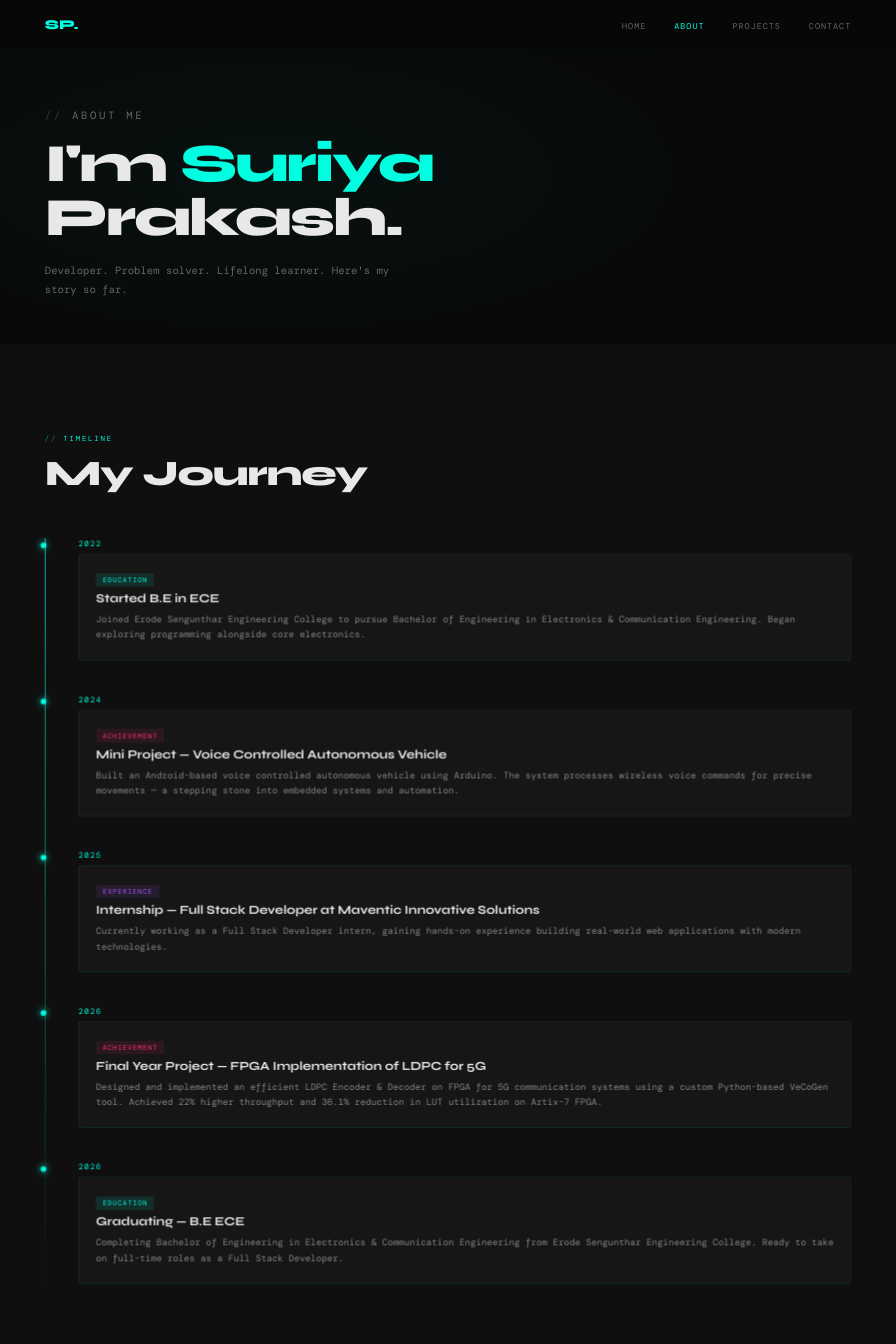
Repository: Suriyaprakash0901/PortoFolio
Page: about.html
An editor plug-in stored every save of this project. The page is shown before and after the next save, followed by the edit.
The browser window is 1280 px wide. The pictures show the part of the page from y = 0 to 1920 px (the page is 2981 px tall before and 3016 px after), at 70% of full size.
Some web fonts or font styles are not loaded; a fallback is used.

Above is the page before, as saved 2026-03-14 10:48:33.

### about.html
<!DOCTYPE html>
<html lang="en">
<head>
  <meta charset="UTF-8"/>
  <meta name="viewport" content="width=device-width, initial-scale=1.0"/>
  <title>About Me — Suriya Prakash</title>
  <link rel="stylesheet" href="styles/about.css"/>
</head>
<body>

  <nav>
    <a href="index.html" class="nav-logo" data-nav>SP.</a>
    <ul class="nav-links">
      <li><a href="index.html" data-nav>Home</a></li>
      <li><a href="about.html" class="active">About</a></li>
      <li><a href="index.html#projects" data-nav>Projects</a></li>
      <li><a href="index.html#contact" data-nav>Contact</a></li>
    </ul>
  </nav>

  <div class="about-hero">
    <p class="section-label">About Me</p>
    <h1>I'm <span>Suriya</span><br/>Prakash.</h1>
    <p>Developer. Problem solver. Lifelong learner. Here's my story so far.</p>
  </div>

  <section id="about-timeline">
    <p class="section-label">Timeline</p>
    <h2 class="section-title">My Journey</h2>
    <div class="timeline" id="timeline"></div>
  </section>

  <section id="about-skills">
    <p class="section-label">Skills</p>
    <h2 class="section-title">What I Know</h2>
    <div class="filter-bar">
      <button class="filter-btn active" data-filter="all">All</button>
      <button class="filter-btn" data-filter="frontend">Frontend</button>
      <button class="filter-btn" data-filter="backend">Backend</button>
      <button class="filter-btn" data-filter="tools">Tools</button>
    </div>
    <div class="skills-grid" id="skillsContainer"></div>
  </section>

  <footer>
    <p>© 2026 <span>Suriya Prakash</span></p>
    <p>Built with <span>TypeScript</span> & VS Code</p>
  </footer>

  <script type="module" src="dist/about.js"></script>
</body>
</html>

### styles/about.css
@import url('https://fonts.googleapis.com/css2?family=Syne:wght@400;600;700;800&family=DM+Mono:wght@300;400;500&display=swap');

*, *::before, *::after { box-sizing: border-box; margin: 0; padding: 0; }

:root {
  --bg: #080808; --bg2: #0f0f0f; --neon: #00ffe0;
  --neon3: #a855f7; --text: #e8e8e8; --muted: #666;
  --border: rgba(0,255,224,0.12); --card: rgba(255,255,255,0.03);
}

body {
  background: var(--bg); color: var(--text);
  font-family: 'DM Mono', monospace; overflow-x: hidden;
}

nav {
  position: fixed; top: 0; left: 0; right: 0; z-index: 100;
  padding: 1.5rem 4rem;
  display: flex; justify-content: space-between; align-items: center;
  background: rgba(8,8,8,0.95); backdrop-filter: blur(10px);
  border-bottom: 1px solid var(--border);
}
.nav-logo {
  font-family: 'Syne', sans-serif; font-weight: 800;
  font-size: 1.2rem; color: var(--neon); text-decoration: none;
}
.nav-links { display: flex; gap: 2.5rem; list-style: none; }
.nav-links a {
  color: var(--muted); text-decoration: none;
  font-size: 0.75rem; letter-spacing: 0.12em;
  text-transform: uppercase; transition: color 0.2s;
}
.nav-links a:hover, .nav-links a.active { color: var(--neon); }

section { padding: 8rem 4rem; }
.section-label {
  font-size: 0.65rem; letter-spacing: 0.25em;
  text-transform: uppercase; color: var(--neon); margin-bottom: 1rem;
}
.section-label::before { content: '// '; opacity: 0.5; }
h2.section-title {
  font-family: 'Syne', sans-serif;
  font-size: clamp(2rem, 4vw, 3.2rem);
  font-weight: 800; letter-spacing: -0.03em;
  margin-bottom: 4rem; line-height: 1.1;
}

/* HERO */
.about-hero {
  min-height: 60vh; display: flex;
  flex-direction: column; justify-content: center;
  padding: 8rem 4rem 4rem; position: relative;
  background: radial-gradient(ellipse 60% 60% at 30% 50%, rgba(0,255,224,0.04), transparent);
}
.about-hero h1 {
  font-family: 'Syne', sans-serif;
  font-size: clamp(3rem, 6vw, 5.5rem);
  font-weight: 800; letter-spacing: -0.04em; line-height: 1;
}
.about-hero h1 span { color: var(--neon); }
.about-hero p {
  margin-top: 1.5rem; color: var(--muted);
  font-size: 0.95rem; line-height: 1.8; max-width: 520px;
}

/* TIMELINE */
#about-timeline { background: var(--bg2); }
.timeline { position: relative; padding-left: 3rem; }
.timeline::before {
  content: ''; position: absolute;
  left: 0; top: 0; bottom: 0; width: 1px;
  background: linear-gradient(to bottom, var(--neon), transparent);
}
.timeline-item {
  position: relative; margin-bottom: 3rem;
  opacity: 0; animation: fadeUp 0.6s forwards;
}
.timeline-item::before {
  content: ''; position: absolute;
  left: -3.35rem; top: 0.4rem;
  width: 8px; height: 8px;
  background: var(--neon); border-radius: 50%;
  box-shadow: 0 0 10px var(--neon);
}
.timeline-year {
  font-size: 0.7rem; color: var(--neon);
  letter-spacing: 0.15em; margin-bottom: 0.5rem;
}
.timeline-content {
  background: var(--card); border: 1px solid var(--border);
  border-radius: 4px; padding: 1.5rem;
  transition: border-color 0.3s;
}
.timeline-content:hover { border-color: rgba(0,255,224,0.3); }
.timeline-content h3 {
  font-family: 'Syne', sans-serif;
  font-size: 1.1rem; font-weight: 700; margin: 0.5rem 0;
}
.timeline-content p { font-size: 0.82rem; color: #888; line-height: 1.7; }
.timeline-tag {
  font-size: 0.62rem; letter-spacing: 0.12em;
  text-transform: uppercase; padding: 0.2rem 0.6rem;
  border-radius: 2px;
}
.tag-education { background: rgba(0,255,224,0.1); color: var(--neon); }
.tag-experience { background: rgba(168,85,247,0.1); color: var(--neon3); }
.tag-achievement { background: rgba(255,45,120,0.1); color: #ff2d78; }

/* SKILLS FILTER */
#about-skills { background: var(--bg); }
.filter-bar {
  display: flex; gap: 0.8rem; flex-wrap: wrap; margin-bottom: 3rem;
}
.filter-btn {
  padding: 0.5rem 1.2rem;
  background: transparent; border: 1px solid var(--border);
  color: var(--muted); border-radius: 2px;
  font-family: 'DM Mono', monospace;
  font-size: 0.72rem; letter-spacing: 0.1em;
  text-transform: uppercase; cursor: pointer;
  transition: all 0.2s;
}
.filter-btn:hover, .filter-btn.active {
  border-color: var(--neon); color: var(--neon);
  background: rgba(0,255,224,0.05);
}
.skills-grid {
  display: grid;
  grid-template-columns: repeat(auto-fill, minmax(260px, 1fr));
  gap: 1.2rem;
}
.skill-card {
  background: var(--card); border: 1px solid var(--border);
  border-radius: 4px; padding: 1.5rem;
  transition: all 0.3s;
}
.skill-card:hover { border-color: rgba(0,255,224,0.3); transform: translateY(-3px); }
.skill-header { display: flex; justify-content: space-between; margin-bottom: 0.8rem; }
.skill-name { font-size: 0.88rem; font-weight: 500; }
.skill-level { font-size: 0.75rem; color: var(--neon); }
.skill-bar {
  height: 2px; background: rgba(255,255,255,0.06);
  border-radius: 2px; overflow: hidden; margin-bottom: 0.8rem;
}
.skill-fill {
  height: 100%;
  background: linear-gradient(to right, var(--neon), var(--neon3));
  border-radius: 2px;
  transition: width 1s cubic-bezier(.25,.46,.45,.94);
}
.skill-category {
  font-size: 0.62rem; color: var(--muted);
  letter-spacing: 0.1em; text-transform: uppercase;
}

footer {
  padding: 2.5rem 4rem; border-top: 1px solid var(--border);
  display: flex; justify-content: space-between;
}
footer p { font-size: 0.72rem; color: var(--muted); }
footer span { color: var(--neon); }

@keyframes fadeUp {
  from { opacity: 0; transform: translateY(20px); }
  to { opacity: 1; transform: translateY(0); }
}

### dist/about.js
import { Navigator } from "./navigation.js";
const timelineData = [
    {
        year: "2022",
        title: "Started B.E in ECE",
        description: "Joined Erode Sengunthar Engineering College to pursue Bachelor of Engineering in Electronics & Communication Engineering. Began exploring programming alongside core electronics.",
        tag: "education",
    },
    {
        year: "2024",
        title: "Mini Project — Voice Controlled Autonomous Vehicle",
        description: "Built an Android-based voice controlled autonomous vehicle using Arduino. The system processes wireless voice commands for precise movements — a stepping stone into embedded systems and automation.",
        tag: "achievement",
    },
    {
        year: "2025",
        title: "Internship — Full Stack Developer at Maventic Innovative Solutions",
        description: "Currently working as a Full Stack Developer intern, gaining hands-on experience building real-world web applications with modern technologies.",
        tag: "experience",
    },
    {
        year: "2026",
        title: "Final Year Project — FPGA Implementation of LDPC for 5G",
        description: "Designed and implemented an efficient LDPC Encoder & Decoder on FPGA for 5G communication systems using a custom Python-based VeCoGen tool. Achieved 22% higher throughput and 36.1% reduction in LUT utilization on Artix-7 FPGA.",
        tag: "achievement",
    },
    {
        year: "2026",
        title: "Graduating — B.E ECE",
        description: "Completing Bachelor of Engineering in Electronics & Communication Engineering from Erode Sengunthar Engineering College. Ready to take on full-time roles as a Full Stack Developer.",
        tag: "education",
    },
];
const skillsData = [
    { name: "HTML & CSS", category: "frontend", level: 85 },
    { name: "JavaScript", category: "frontend", level: 80 },
    { name: "TypeScript", category: "frontend", level: 70 },
    { name: "Python", category: "backend", level: 78 },
    { name: "Java", category: "backend", level: 72 },
    { name: "SQL", category: "backend", level: 70 },
    { name: "C / C++", category: "backend", level: 75 },
    { name: "Git & GitHub", category: "tools", level: 82 },
    { name: "MATLAB", category: "core", level: 75 },
    { name: "LabVIEW", category: "core", level: 68 },
    { name: "FPGA / Verilog", category: "core", level: 70 },
    { name: "Arduino", category: "core", level: 72 },
];
class AboutPage {
    constructor() {
        this.activeFilter = "all";
    }
    init() {
        Navigator.fadeIn();
        this.renderTimeline();
        this.renderSkills();
        this.setupFilters();
        this.setupScrollReveal();
    }
    renderTimeline() {
        const container = document.getElementById("timeline");
        if (!container)
            return;
        container.innerHTML = timelineData
            .map((item, i) => `
        <div class="timeline-item" style="animation-delay: ${i * 0.15}s">
          <div class="timeline-year">${item.year}</div>
          <div class="timeline-content">
            <span class="timeline-tag tag-${item.tag}">${item.tag}</span>
            <h3>${item.title}</h3>
            <p>${item.description}</p>
          </div>
        </div>`)
            .join("");
    }
    renderSkills(filter = "all") {
        const container = document.getElementById("skillsContainer");
        if (!container)
            return;
        const filtered = filter === "all"
            ? skillsData
            : skillsData.filter((s) => s.category === filter);
        container.innerHTML = filtered
            .map((skill) => `
        <div class="skill-card">
          <div class="skill-header">
            <span class="skill-name">${skill.name}</span>
            <span class="skill-level">${skill.level}%</span>
          </div>
          <div class="skill-bar">
            <div class="skill-fill" data-width="${skill.level}" style="width: 0%"></div>
          </div>
          <span class="skill-category">${skill.category}</span>
        </div>`)
            .join("");
        // Animate bars after render
        setTimeout(() => {
            document.querySelectorAll(".skill-fill").forEach((bar) => {
                const el = bar;
                el.style.width = el.dataset.width + "%";
            });
        }, 100);
    }
    setupFilters() {
        document.querySelectorAll("[data-filter]").forEach((btn) => {
            btn.addEventListener("click", () => {
                document
                    .querySelectorAll("[data-filter]")
                    .forEach((b) => b.classList.remove("active"));
                btn.classList.add("active");
                this.activeFilter = btn.dataset.filter || "all";
                this.renderSkills(this.activeFilter);
            });
        });
    }
    setupScrollReveal() {
        const observer = new IntersectionObserver((entries) => {
            entries.forEach((e) => {
                if (e.isIntersecting)
                    e.target.classList.add("visible");
            });
        }, { threshold: 0.1 });
        document.querySelectorAll(".reveal").forEach((el) => observer.observe(el));
    }
}
const page = new AboutPage();
document.addEventListener("DOMContentLoaded", () => page.init());

### dist/navigation.js
export class Navigator {
    constructor() {
        this.transition = {
            from: "",
            to: "",
            duration: 500,
        };
    }
    init() {
        document.querySelectorAll("a[data-nav]").forEach((link) => {
            link.addEventListener("click", (e) => {
                e.preventDefault();
                const target = link.href;
                this.navigateTo(target);
            });
        });
    }
    navigateTo(url) {
        this.transition.to = url;
        document.body.style.opacity = "0";
        document.body.style.transform = "translateY(20px)";
        document.body.style.transition = `all ${this.transition.duration}ms ease`;
        setTimeout(() => {
            window.location.href = url;
        }, this.transition.duration);
    }
    static fadeIn() {
        document.body.style.opacity = "0";
        document.body.style.transform = "translateY(20px)";
        document.body.style.transition = "all 600ms ease";
        requestAnimationFrame(() => {
            setTimeout(() => {
                document.body.style.opacity = "1";
                document.body.style.transform = "translateY(0)";
            }, 50);
        });
    }
}

After the next save:
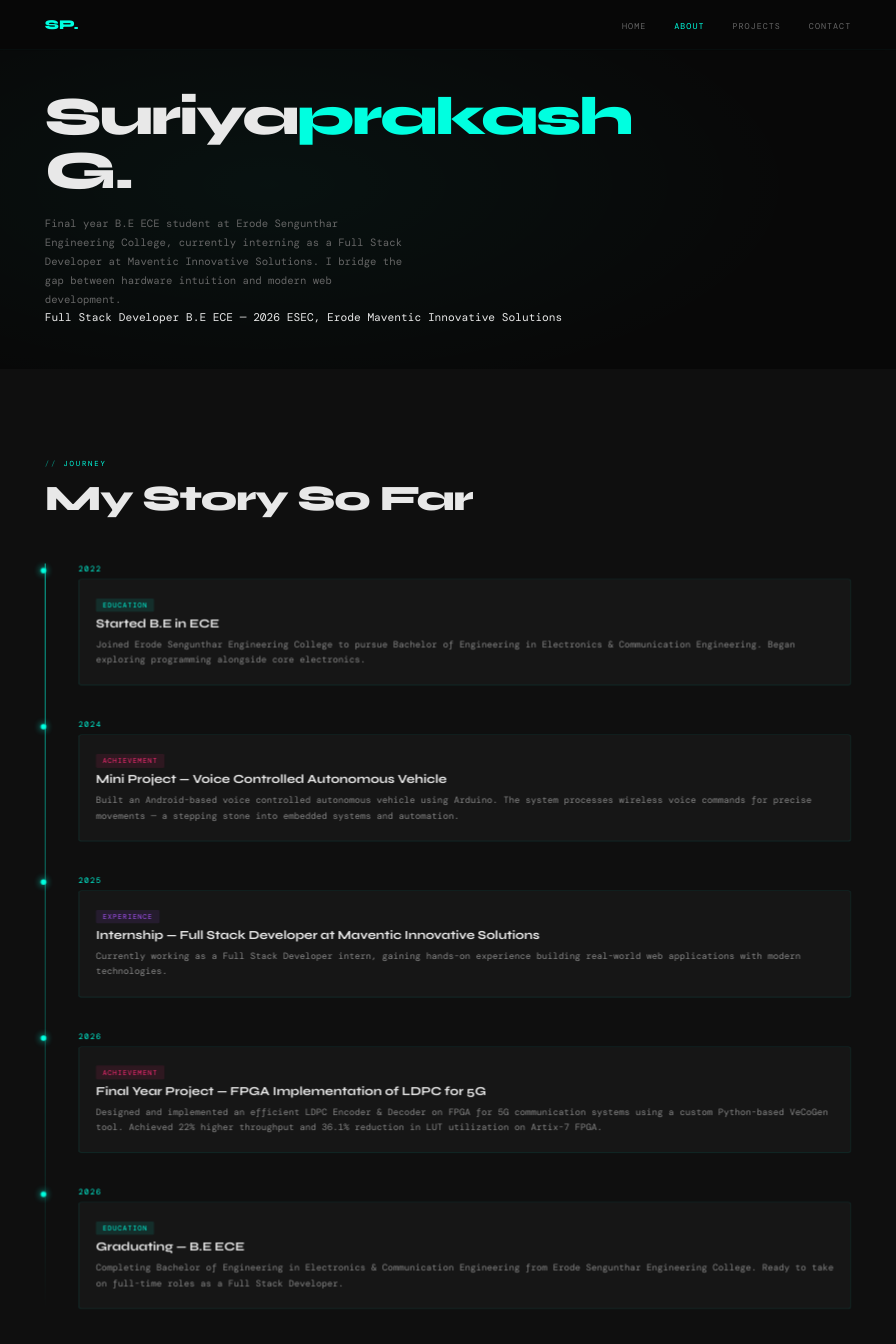
Saved 13 min 49 s later.
--- a/about.html
+++ b/about.html
@@ -3,7 +3,7 @@
 <head>
   <meta charset="UTF-8"/>
   <meta name="viewport" content="width=device-width, initial-scale=1.0"/>
-  <title>About Me — Suriya Prakash</title>
+  <title>About — Suriyaprakash G</title>
   <link rel="stylesheet" href="styles/about.css"/>
 </head>
 <body>
@@ -18,32 +18,49 @@
     </ul>
   </nav>
 
+  <!-- HERO -->
   <div class="about-hero">
-    <p class="section-label">About Me</p>
-    <h1>I'm <span>Suriya</span><br/>Prakash.</h1>
-    <p>Developer. Problem solver. Lifelong learner. Here's my story so far.</p>
+    <h1>Suriya<span>prakash</span><br/>G.</h1>
+    <p class="subtitle">
+      Final year B.E ECE student at Erode Sengunthar Engineering College,
+      currently interning as a Full Stack Developer at Maventic Innovative Solutions.
+      I bridge the gap between hardware intuition and modern web development.
+    </p>
+    <div class="hero-tags">
+      <span class="hero-tag highlight">Full Stack Developer</span>
+      <span class="hero-tag">B.E ECE — 2026</span>
+      <span class="hero-tag">ESEC, Erode</span>
+      <span class="hero-tag">Maventic Innovative Solutions</span>
+    </div>
   </div>
 
+  <!-- TIMELINE -->
   <section id="about-timeline">
-    <p class="section-label">Timeline</p>
-    <h2 class="section-title">My Journey</h2>
-    <div class="timeline" id="timeline"></div>
+    <div class="reveal">
+      <p class="section-label">Journey</p>
+      <h2 class="section-title">My Story So Far</h2>
+    </div>
+    <div class="timeline reveal" id="timeline"></div>
   </section>
 
+  <!-- SKILLS -->
   <section id="about-skills">
-    <p class="section-label">Skills</p>
-    <h2 class="section-title">What I Know</h2>
-    <div class="filter-bar">
+    <div class="reveal">
+      <p class="section-label">Skills</p>
+      <h2 class="section-title">What I Work With</h2>
+    </div>
+    <div class="filter-bar reveal">
       <button class="filter-btn active" data-filter="all">All</button>
       <button class="filter-btn" data-filter="frontend">Frontend</button>
       <button class="filter-btn" data-filter="backend">Backend</button>
       <button class="filter-btn" data-filter="tools">Tools</button>
+      <button class="filter-btn" data-filter="core">Core / ECE</button>
     </div>
-    <div class="skills-grid" id="skillsContainer"></div>
+    <div class="skills-grid reveal" id="skillsContainer"></div>
   </section>
 
   <footer>
-    <p>© 2026 <span>Suriya Prakash</span></p>
+    <p>© 2026 <span>Suriyaprakash G</span>. All rights reserved.</p>
     <p>Built with <span>TypeScript</span> & VS Code</p>
   </footer>
 
